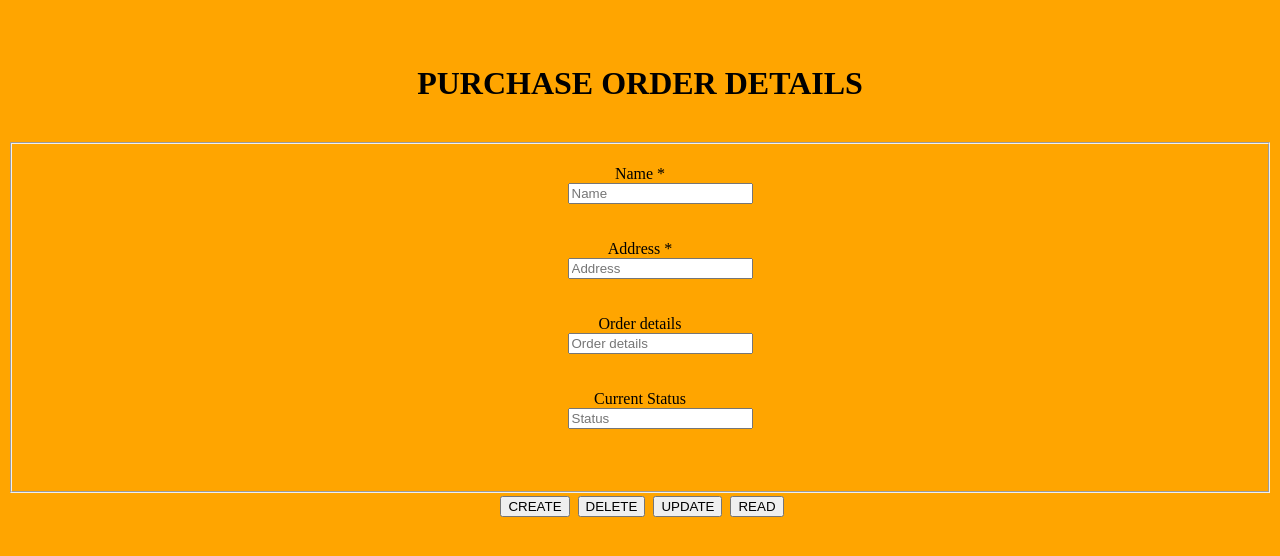
Repository: dhanasekar13/servlet
Page: shooping1/war/first.html
An editor plug-in stored every save of this project. The page is shown before and after the next save, followed by the edit.
The browser window is 1280 px wide. The pictures show the whole page.

Above is the page before, as saved 2017-05-10 10:47:44.

### shooping1/war/first.html
<!DOCTYPE html PUBLIC "-//W3C//DTD HTML 4.01 Transitional//EN" "http://www.w3.org/TR/html4/loose.dtd">

<html>
<body bgcolor="orange">
<center>
<form action="Shooping1" method="get">

<br>
<br>
<h1>PURCHASE ORDER DETAILS</h1>
<br>
 <fieldset>
 <dl>
   <dt><label>Name *</label></dt>
  <dd><input type="text" id="firstname" name="firstname" placeholder="Name" required /></dd>


 <br><br>
   <dt><label>Address *</label></dt>
   <dd><input type="text" id="lastname" name="lastname" placeholder="Address" required /></dd>
  <br><br>
  <dt> <label>Order details </label></dt>
<dd>   <input type="text" id="lastname" name="order" placeholder="Order details" /></dd>
  <br><br>
 <dt>  <label>Current Status </label></dt>
  <dd> <input type="text" id="lastname" name="status" placeholder="Status"/> </dd> <br>
<br>
</dl>
</fieldset>
<table>
<tr>
<td><input type="hidden" name="hide" value="1"></td>
<td><input type="submit" value="CREATE" /></td>

<td><input type="hidden" name="hide" value="2"></td>
<td><input type="submit" value="DELETE" /></td>

<td><input type="hidden" name="hide" value="3"></td>
<td><input type="submit" value="UPDATE" /></td>

<td><input type="hidden" name="hide" value="4"></td>
<td><input type="submit" value="READ" /></td>
</tr>
</table>
</form></center>

</body>

</html>

After the next save:
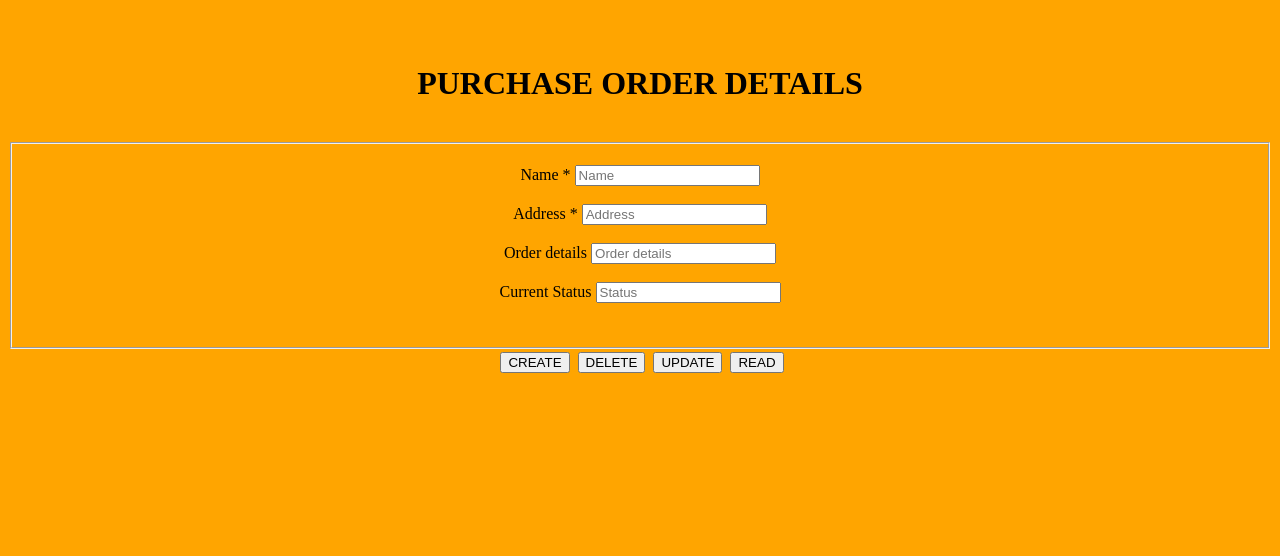
Saved 2 min 5 s later.
--- a/shooping1/war/first.html
+++ b/shooping1/war/first.html
@@ -9,23 +9,22 @@
 <br>
 <h1>PURCHASE ORDER DETAILS</h1>
 <br>
- <fieldset>
- <dl>
-   <dt><label>Name *</label></dt>
-  <dd><input type="text" id="firstname" name="firstname" placeholder="Name" required /></dd>
-
+  <fieldset>
+  <p>
+     <label>Name *</label>
+   <input type="text" id="firstname" name="firstname" placeholder="Name" required />
 
  <br><br>
-   <dt><label>Address *</label></dt>
-   <dd><input type="text" id="lastname" name="lastname" placeholder="Address" required /></dd>
+   <label>Address *</label>
+   <input type="text" id="lastname" name="lastname" placeholder="Address" required />
   <br><br>
-  <dt> <label>Order details </label></dt>
-<dd>   <input type="text" id="lastname" name="order" placeholder="Order details" /></dd>
+   <label>Order details </label>
+   <input type="text" id="lastname" name="order" placeholder="Order details" />
   <br><br>
- <dt>  <label>Current Status </label></dt>
-  <dd> <input type="text" id="lastname" name="status" placeholder="Status"/> </dd> <br>
-<br>
-</dl>
+   <label>Current Status </label>
+   <input type="text" id="lastname" name="status" placeholder="Status"/>
+  <br>
+<br></p>
 </fieldset>
 <table>
 <tr>
